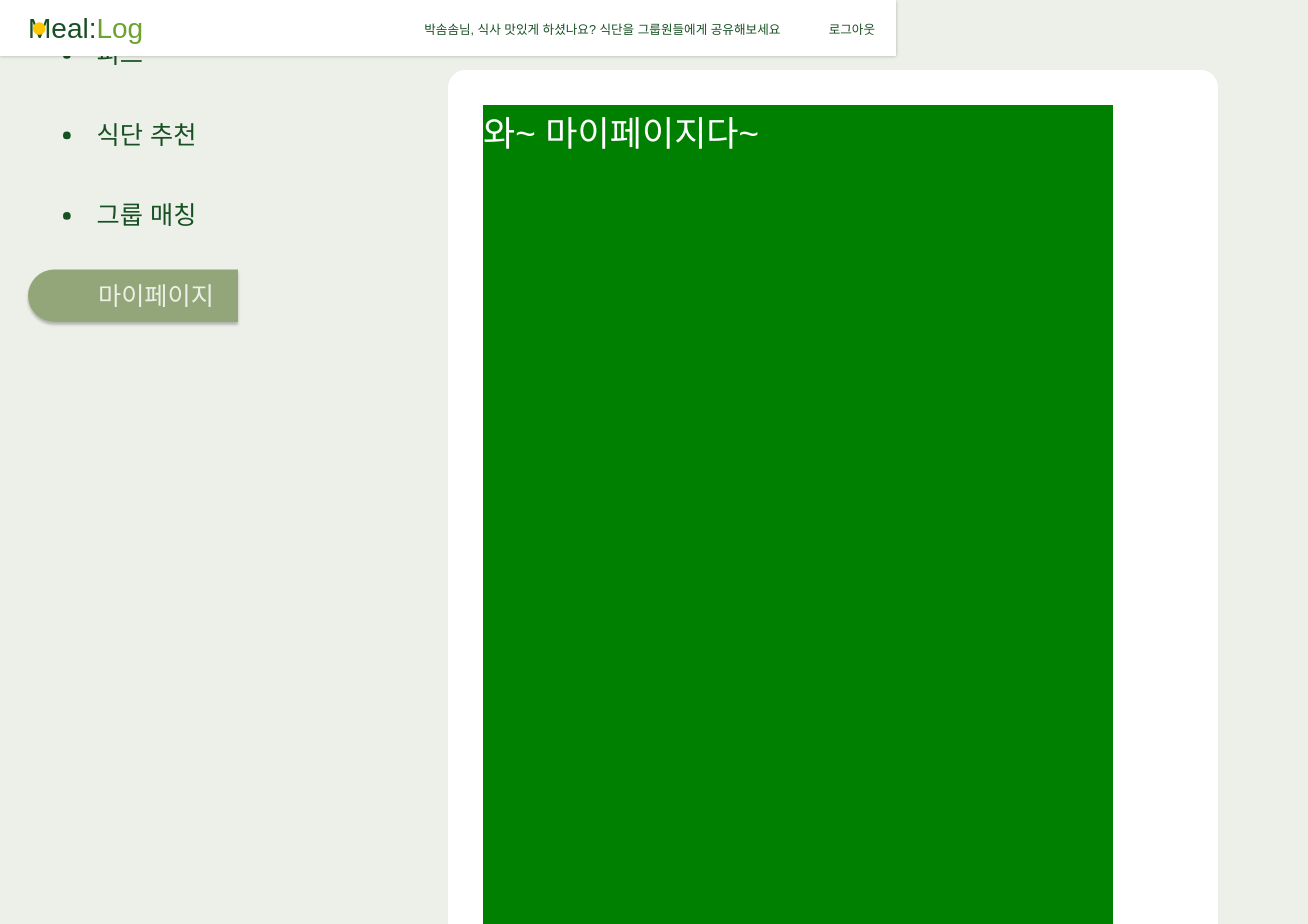
Repository: mealLog-databaseProgramming/MealLog
Page: http://localhost/meal-log/
An editor plug-in stored every save of this project. The page is shown before and after the next save, followed by the edit.
The browser window is 1280 px wide. The page is 1740 px wide, then 1868 px, so the pictures cover 1868 px, including what lies to the right of the window. The pictures show the part of the page from y = 0 to 1320 px (the page is 2200 px tall), at 70% of full size.
Some icons come from a web library that is not loaded, so they are not drawn. Some web fonts or font styles are not loaded; a fallback is used. The page is served by Tomcat 9.

Above is the page before, as saved 2022-09-29 16:33:37.

After the next save:
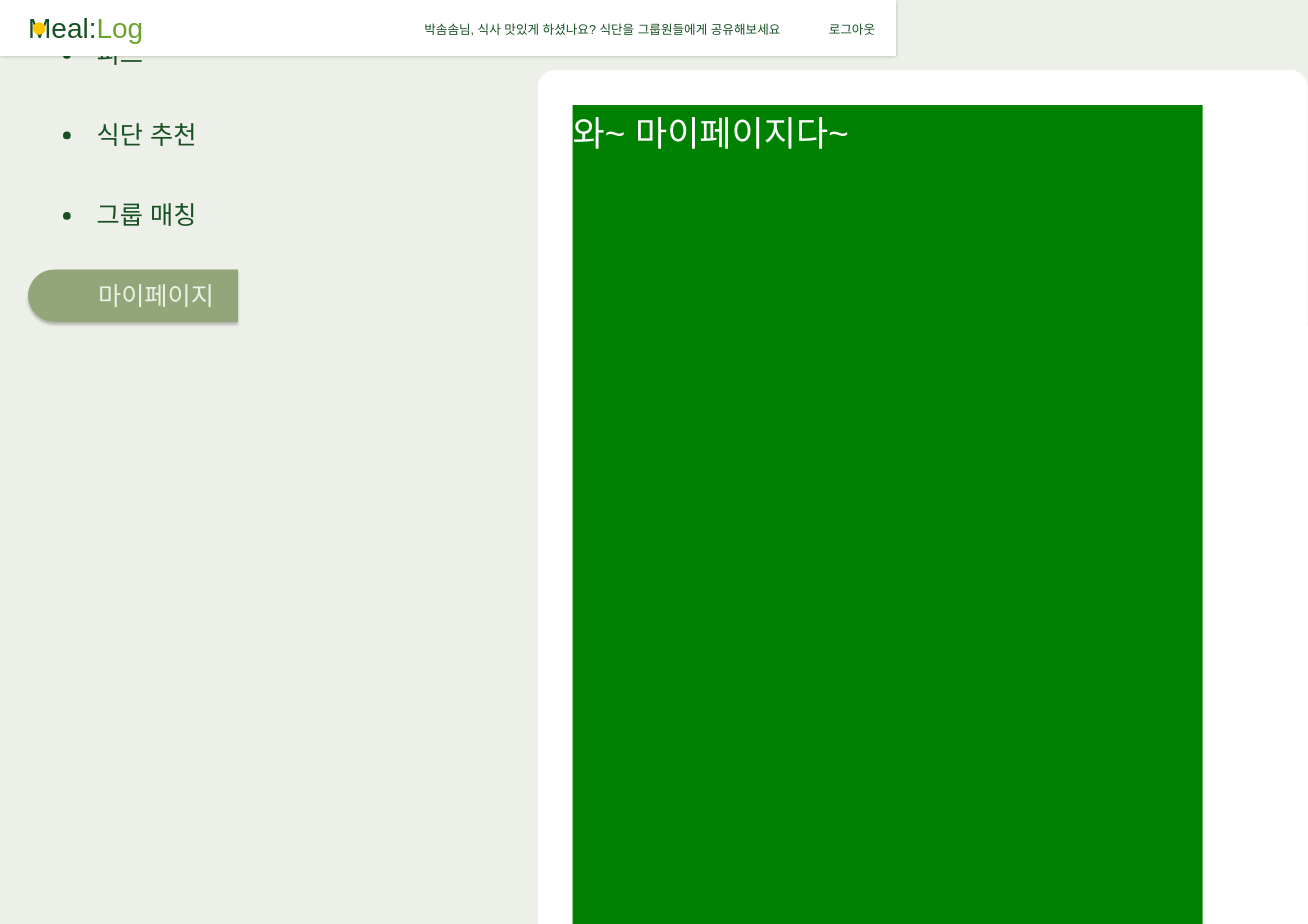
Saved 12 s later.
--- a/meal-log/src/main/webapp/resources/css/index.css
+++ b/meal-log/src/main/webapp/resources/css/index.css
@@ -144,5 +144,5 @@ body {
 	border-radius: 25px;
 
 	position: absolute;
-	top: 100px; left: 50%;
+	top: 100px; left: 60%;
 }
